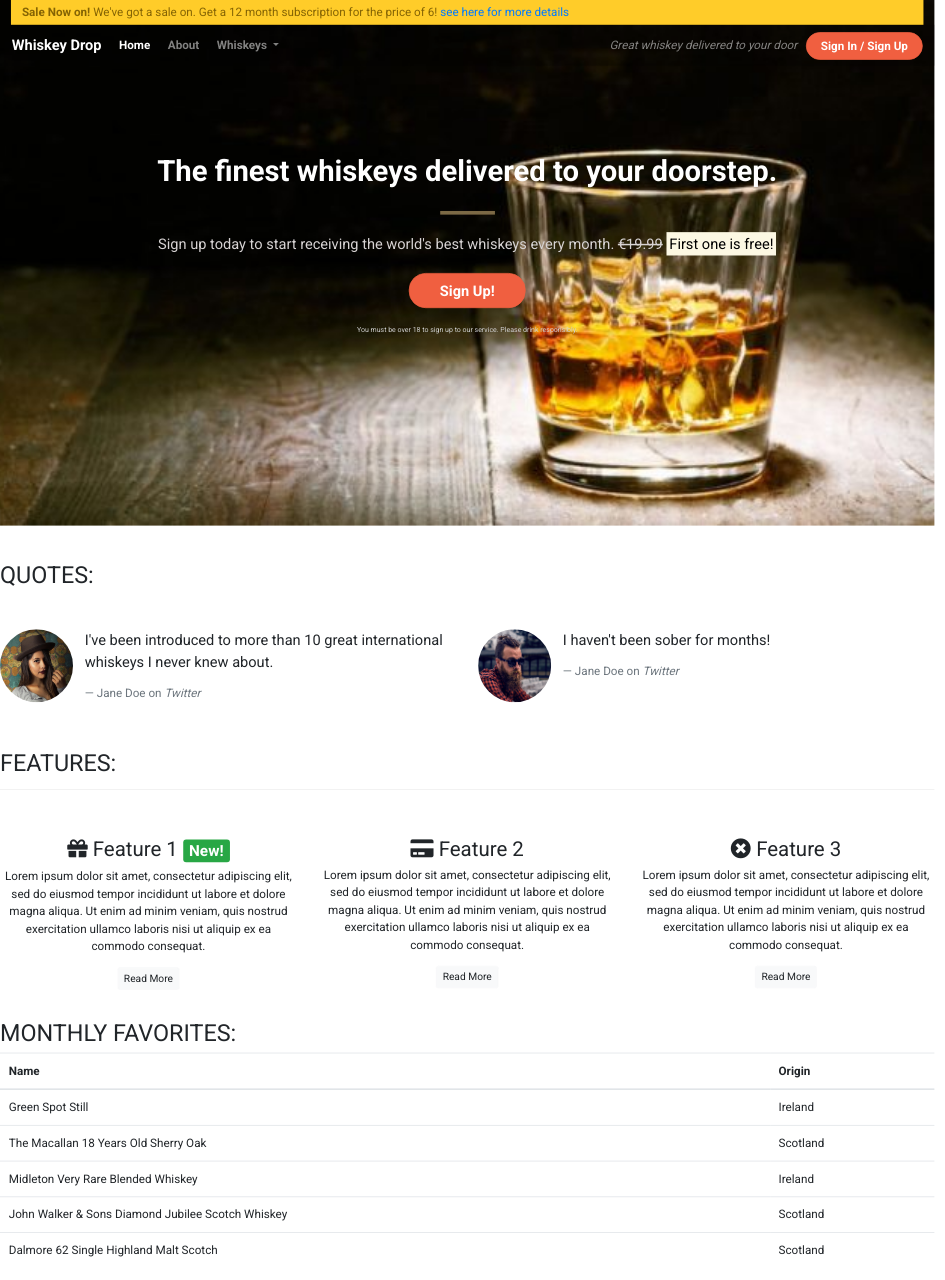
Repository: grisselfaura/BootstrappingYourNextBigIdea-BS4
Page: index.html
The author's editor kept a record of every edit. The page is drawn from the files as they stood at one moment, then again after the next edit.
The browser window is 1280 px wide. The page is 1295 px wide, so the pictures cover 1295 px, including what lies to the right of the window. The pictures show the whole page, at 73% of full size.
Backgrounds fixed to the window are drawn as part of the page. Some web libraries are served in a nearby version.

Above is the page before.

### index.html
<!DOCTYPE html>
<html lang="en-us">

<head>
    <meta charset="utf-8">
    <meta name="viewport" content="width=device-width, initial-scale=1.0">
    <title>Whiskey Drop | Taste a new whiskey every month</title>
    <link rel="stylesheet" href="https://maxcdn.bootstrapcdn.com/bootstrap/4.1.3/css/bootstrap.min.css">
    <link rel="stylesheet" href="https://use.fontawesome.com/releases/v5.6.1/css/all.css" integrity="sha384-gfdkjb5BdAXd+lj+gudLWI+BXq4IuLW5IT+brZEZsLFm++aCMlF1V92rMkPaX4PP" crossorigin="anonymous">
    <link href="https://fonts.googleapis.com/css?family=Roboto:400,700&display=swap" rel="stylesheet">
    <link rel="stylesheet" href="css/style.css" type="text/css" />
</head>

<body>
    <div class="container-fluid navalert-container">
        <div class="container-fluid alert-container">
            <div class="row d-none d-sm-block">
                <div class="col-12">
                    <div class="site-wide-alert alert-warning">
                        <strong>Sale Now on!</strong> We've got a sale on. Get a 12 month subscription for the price of 6! <a href="">see here for more details</a>
                    </div>
                </div>
            </div>
        </div>
        <nav class="navbar navbar-dark navbar-expand-sm">
            <a href="/" class="navbar-brand">Whiskey Drop</a>

            <button class="navbar-toggler ml-auto" type="button" data-toggle="collapse" data-target="#navbarNavDropdown" aria-controls="navbarNavDropdown" aria-expanded="false" aria-label="Toggle navigation">
            <span class="navbar-toggler-icon"></span></button>

                <div class="collapse navbar-collapse" id="navbarNavDropdown">
                    <ul class="navbar-nav mr-auto">
                        <li class="active nav-item mr-2"><a class="nav-link" href="/">Home</a></li>
                        <li class="nav-item mr-2"><a class="nav-link" href="">About</a></li>
                        <li class="nav-item dropdown">
                            <a class="nav-link dropdown-toggle" href="#" id="navbarDropdownMenuLink" role="button" data-toggle="dropdown" aria-haspopup="true" aria-expanded="false">
                  Whiskeys
            </a>
                    <div class="dropdown-menu" aria-labelledby="navbarDropdownMenuLink">
                        <a class="dropdown-item" href="#">Irish</a>
                        <a class="dropdown-item" href="#">Scotch</a>
                        <a class="dropdown-item" href="#">Japanese</a>
                        <a class="dropdown-item" href="#">American</a>
                    </div>
                </li>

                <li class="nav-item mr-2 d-block d-sm-none"><a class="nav-link" href="">Sign In / Sign Up</a></li>
            </ul>
        </div>
        <div class="d-none d-md-block">
            <p class="navbar-text my-auto mr-2"><i>Great whiskey delivered to your door</i></p>
            <a href="/login" class="btn btn--cta btn--red">Sign In / Sign Up</a>
        </div>
        <!--</div>-->
    </nav>
    </div>
        <!-- Callout -->
    <div class="container-fluid callout-container">
        <div class="opaque-overlay">&nbsp;</div>
        <div class="row">
            <div class="col-12">
                <section class="callout jumbotron text-center">
                    <h1 class="jumbotron-header">The finest whiskeys delivered to your doorstep.</h1>
                    <hr class="block-divider block-divider--orange">

                    <p class="lead">Sign up today to start receiving the world's best whiskeys every month.
                        <s class="d-none d-sm-inline">€19.99</s>
                        <span class="d-inline d-sm-none"><br></span>
                        <strong><mark>First one is free!</mark></strong></p>
                    <p><button class="btn btn-lg btn--cta btn--red" data-toggle="modal" data-target="#signUpModal">Sign Up!</button></p>
                    <p class="text-muted"><small>You must be over 18 to sign up to our service. Please drink responsibly.</small></p>
                </section>
            </div>
        </div>
    </div>
        <!-- /.callout -->

        <!-- Quotes -->
        <div class="cointainer quotes-container">
        <section class="quotes">
            <div class="row">
                <div class="col-12 my-5">
                    <h2 class="text-uppercase">Quotes:</h2>
                </div>
            </div>
            <div class="row">
                <div class="col-12 col-md-6">
                    <div class="media">
                        <div class="d-none d-sm-block">
                            <img src="images/girl-image.png" class="rounded-circle mr-3" height=100 width=100>
                        </div>
                        <div class="media-body">
                            <blockquote class="blockquote">
                                <p>I've been introduced to more than 10 great international whiskeys I never knew about.</p>
                                <footer class="blockquote-footer">Jane Doe on <cite title="Twitter">Twitter</cite></footer>
                            </blockquote>
                        </div>
                    </div>
                </div>
                <div class="col-12 col-md-6">
                    <div class="media">
                        <div class="d-none d-sm-block">
                            <img src="images/guy-image.png" class="rounded-circle mr-3" height=100 width=100>
                        </div>
                        <div class="media-body">
                            <blockquote class="blockquote">
                                <p>I haven't been sober for months!</p>
                                <footer class="blockquote-footer">Jane Doe on <cite title="Twitter">Twitter</cite></footer>
                            </blockquote>
                        </div>
                    </div>
                </div>
            </div>
        </section>
        <!-- /.quotes -->
    </div>
        <!-- Features -->
        <div class="features-container">
        <section class="features">
            <div class="row">
                <div class="col-12 my-5">
                    <h2 class="text-uppercase">Features:</h2>
                    <hr />
                </div>
            </div>
            <div class="row">
                <div class="col-12 col-md-6 col-lg-4">
                    <div class="feature">
                        <h3><i class="fas fa-gift d-none d-sm-inline"></i> Feature 1 <span class="badge badge-success">New!</span></h3>
                        <p>Lorem ipsum dolor sit amet, consectetur adipiscing elit, sed do eiusmod tempor incididunt ut labore et dolore magna aliqua. Ut enim ad minim veniam, quis nostrud exercitation ullamco laboris nisi ut aliquip ex ea commodo consequat.</p>
                        <p><a class="btn btn-sm btn-light" href="">Read More</a></p>
                    </div>
                </div>
                <div class="col-12 col-md-6 col-lg-4">
                    <div class="feature">
                        <h3><i class="fas fa-credit-card d-none d-sm-inline"></i> Feature 2</h3>
                        <p>Lorem ipsum dolor sit amet, consectetur adipiscing elit, sed do eiusmod tempor incididunt ut labore et dolore magna aliqua. Ut enim ad minim veniam, quis nostrud exercitation ullamco laboris nisi ut aliquip ex ea commodo consequat.</p>
                        <p><a class="btn btn-sm btn-light" href="">Read More</a></p>
                    </div>
                </div>
                <div class="col-12 d-md-none d-lg-block col-lg-4">
                    <div class="feature">
                        <h3><i class="fas fa-times-circle d-none d-sm-inline"></i> Feature 3</h3>
                        <p>Lorem ipsum dolor sit amet, consectetur adipiscing elit, sed do eiusmod tempor incididunt ut labore et dolore magna aliqua. Ut enim ad minim veniam, quis nostrud exercitation ullamco laboris nisi ut aliquip ex ea commodo consequat.</p>
                        <p><a class="btn btn-sm btn-light" href="">Read More</a></p>
                    </div>
                </div>
            </div>
        </section>
        <!-- /.features -->
        <section class="Monthly favorites">
             <h2 class="text-uppercase">Monthly favorites:</h2>
             <table class="table">
          <thead>
            <tr>
              <th scope="col">Name</th>
              <th scope="col">Origin</th>
            </tr>
          </thead>
          <tbody>
            <tr>
              <td>Green Spot Still</td>
              <td>Ireland</td>
            </tr>
            <tr>
              <td>The Macallan 18 Years Old Sherry Oak</td>
              <td>Scotland</td>
            </tr>
            <tr>
              <td>Midleton Very Rare Blended Whiskey</td>
              <td>Ireland</td>
             </tr>
            <tr>
              <td>John Walker & Sons Diamond Jubilee Scotch Whiskey</td>
              <td>Scotland</td>
             </tr>
              <tr>
              <td>Dalmore 62 Single Highland Malt Scotch</td>
              <td>Scotland</td>
             </tr>
          </tbody>
            </table>
        </section>
    </div>

    <div class="modal" tabindex="-1" role="dialog" id="signUpModal">
        <div class="modal-dialog" role="document">
            <div class="modal-content">
                <div class="modal-header">
                    <h5 class="modal-title">Sign Up To Whiskey Drop!</h5>
                    <button type="button" class="close" data-dismiss="modal" aria-label="Close">
          <span aria-hidden="true">&times;</span>
        </button>
                </div>
                <div class="modal-body">
                    <form>
                        <div class="form-group">
                            <label for="exampleInputEmail1">Email address</label>
                            <input type="email" class="form-control" id="exampleInputEmail1" aria-describedby="emailHelp" placeholder="Enter email">
                            <small id="emailHelp" class="form-text text-muted">We'll never share your email with anyone else.</small>
                        </div>
                        <div class="form-group">
                            <label for="password">Password</label>
                            <input type="password" class="form-control" id="password" placeholder="Password">
                        </div>
                        <div class="form-group">
                            <label for="repeatPassword">Repeat Password</label>
                            <input type="password" class="form-control" id="repeatPassword" placeholder="Repeat Password">
                        </div>
                        <button type="submit" class="btn btn-success">Submit</button>
                    </form>
                </div>
            </div>
        </div>
    </div>

    <script src="https://code.jquery.com/jquery-3.3.1.slim.min.js" integrity="sha384-q8i/X+965DzO0rT7abK41JStQIAqVgRVzpbzo5smXKp4YfRvH+8abtTE1Pi6jizo" crossorigin="anonymous"></script>
    <script src="https://cdnjs.cloudflare.com/ajax/libs/popper.js/1.14.3/umd/popper.min.js" integrity="sha384-ZMP7rVo3mIykV+2+9J3UJ46jBk0WLaUAdn689aCwoqbBJiSnjAK/l8WvCWPIPm49" crossorigin="anonymous"></script>
    <script src="https://stackpath.bootstrapcdn.com/bootstrap/4.1.3/js/bootstrap.min.js" integrity="sha384-ChfqqxuZUCnJSK3+MXmPNIyE6ZbWh2IMqE241rYiqJxyMiZ6OW/JmZQ5stwEULTy" crossorigin="anonymous"></script>
</body>

</html>

### css/style.css
body {
    font-family: 'Roboto', sans-serif;
}

.container-wrapper {}

.container-wrapper--red {
    background-color: #f05f40;
    color: white;
}

.alert-container .col-12{
    padding-left: 0
    padding-right:0;
}

.site-wide-alert {
    border-radius: 0;
    margin-bottom: 0;
    padding: 5px 15px;
    background-color: #ffcc29;
    border-color: #ffcc29;
}

.callout-container {
    height:100vh;
    background: url("../images/Whiskey-background.jpg") no-repeat bottom right fixed;
      -webkit-background-size: cover;
      -moz-background-size: cover;
      -o-background-size: cover;
      background-size: cover;
      display: flex;
      align-items: center;
      justify-content: center;
      position: relative;
}

.opaque-overlay {
    position: absolute;
    top: 0;
    left: 0;
    height: 100%;
    width: 100%
    background-color: rgba(0,0,0,0.5);
}
.quotes-container {}

.features-container {}

/*Page headers*/

.page-header {
    margin bottom: 0;
    border bottom: 0;
    text-align: center;
}

.page-header h2 {
    margin top: 0;
}

/*Block-dividers*/

.block-divider {
    width: 75px;
    height: 5px;
    border: 0;
    background-color: #444;
}

.block-divider--orange {
    background-color: #7c6945;
}

.block-divider--white {
    background-color: white
}

.block-divider--short {
    width: 35px;
}

/*Content containers*/

.content-container {
    padding-top: 75px;
    padding-bottom: 75px;
}

/*Navbar*/

.navalert-container {
    position: absolute;
    top: 0;
    left: 0;
    padding-left: 0;
    padding-right: 0;
    z-index: 1;
}

.navbar {
    margin-bottom: 0;
    border: 0;
    width: 100%;
    background-color: rgba(0,0,0,0.25);
}

.navbar .navbar-toggler {
    border:0;
}

.navbar-brand {
    font-weight: bold;
}

.navbar .navbar-nav a {
    font-weight: bold;
}
/*Jumbotron*/
.jumbotron {
    background-color: transparent;
}

.jumbotron-header {
    color: white;
    font-weight: bold;
    margin-bottom: 30px;
}

.jumbotron .lead {
    margin: 25px;
    color: #d7d3d3;
}

.jumbotron small {
    font-size: 60%;
    font-size: italic;
    color: #d0d0d0;
}

/*Buttons*/
.btn--cta {
    font-weight: bold;
    border-radius: 23px;
    width: 160px;
}

.btn--red {
    color: white;
    background-color: #f05f40;
    border-color:#f05f40;
}

.btn-red:hover,
.btn--red:active,
.btn--red:focus,
.btn--red:active:hover {
    background-color: #c38f84;
    border-color: #c38f84;
}

.feature {
    text-align: center;
    margin-bottom : 40px;
}

.feature i {
    text-align: center;
    margin-bottom : 40px;
}

After the next edit:
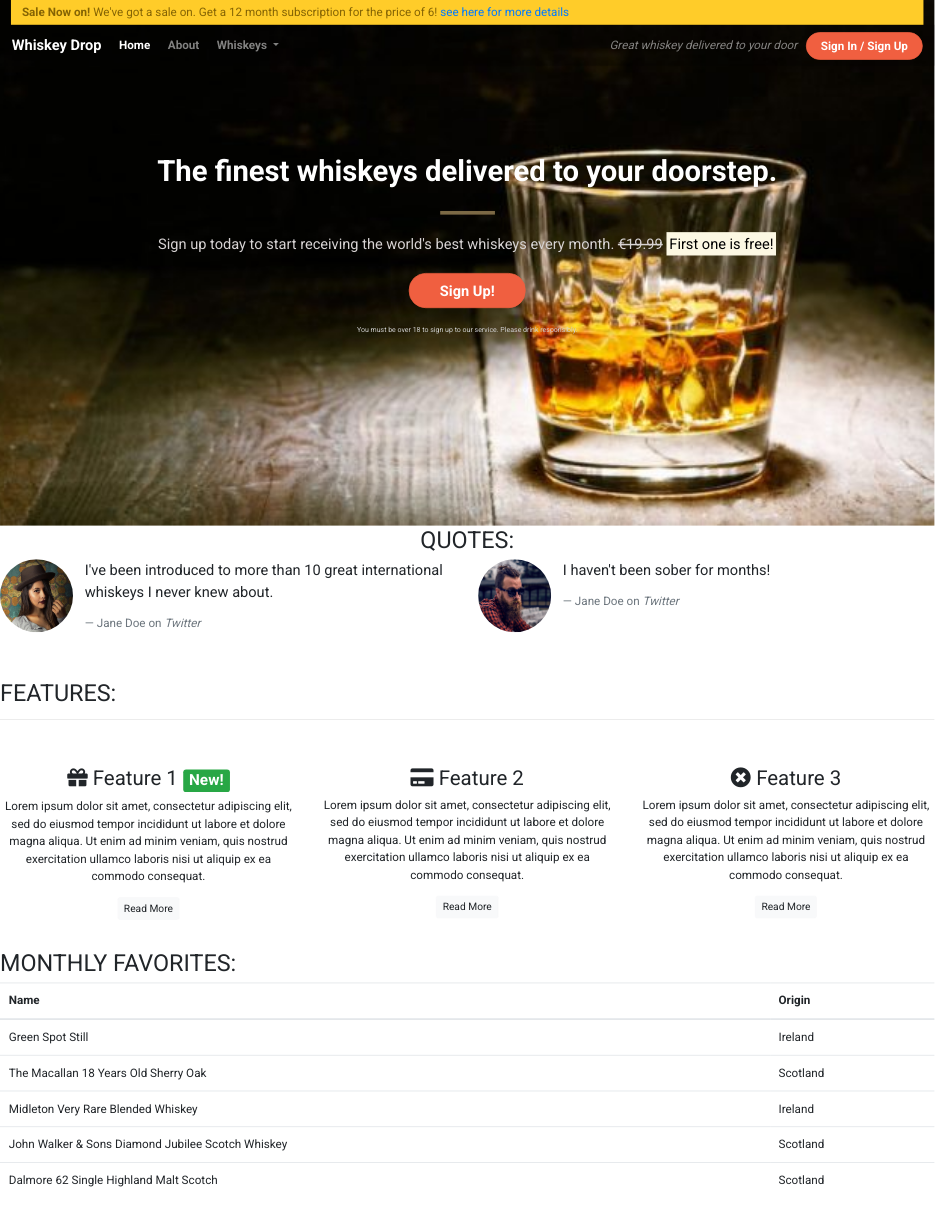
The edit:
--- a/index.html
+++ b/index.html
@@ -79,7 +79,7 @@
         <div class="cointainer quotes-container">
         <section class="quotes">
             <div class="row">
-                <div class="col-12 my-5">
+                <div class="col-12 page-header">
                     <h2 class="text-uppercase">Quotes:</h2>
                 </div>
             </div>
